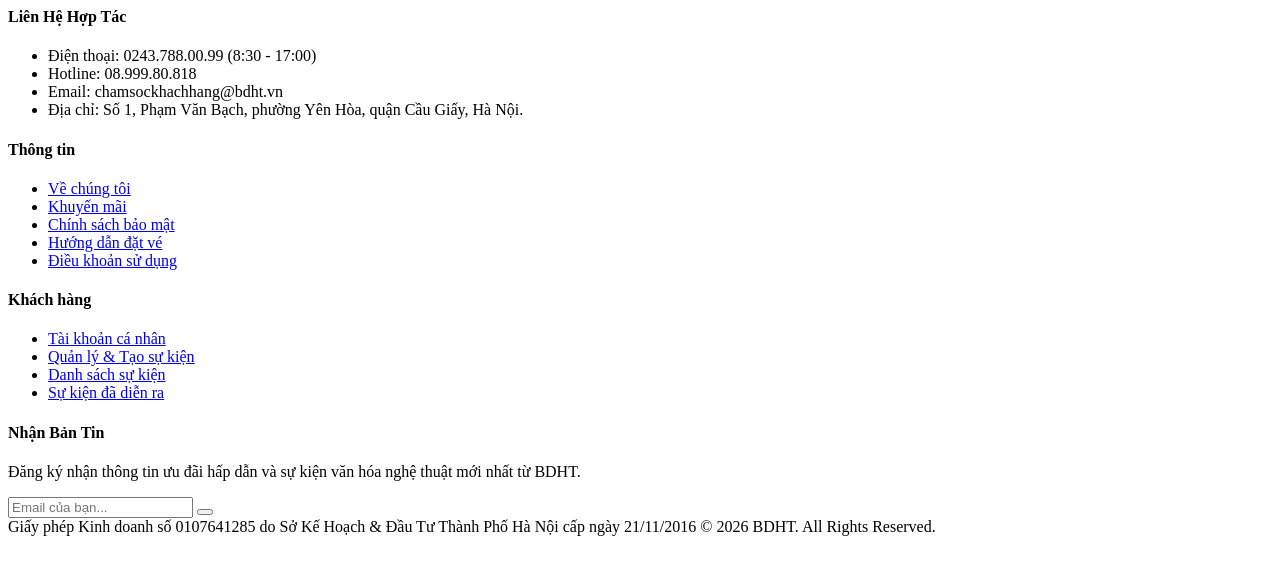
Repository: Vu-Tien-Duc/K23CNT3_VuTienDuc_Project4_EventTicket
Page: EventTicket_BDHT_Project/frontend-web/components/footer.html
These files come from the project's save history. The page is drawn as it stood at one moment and after the next save; the edit follows.
The browser window is 1280 px wide. The pictures show the whole page.

Above is the page before, as saved 2026-05-20 20:18:05.

After the next save:
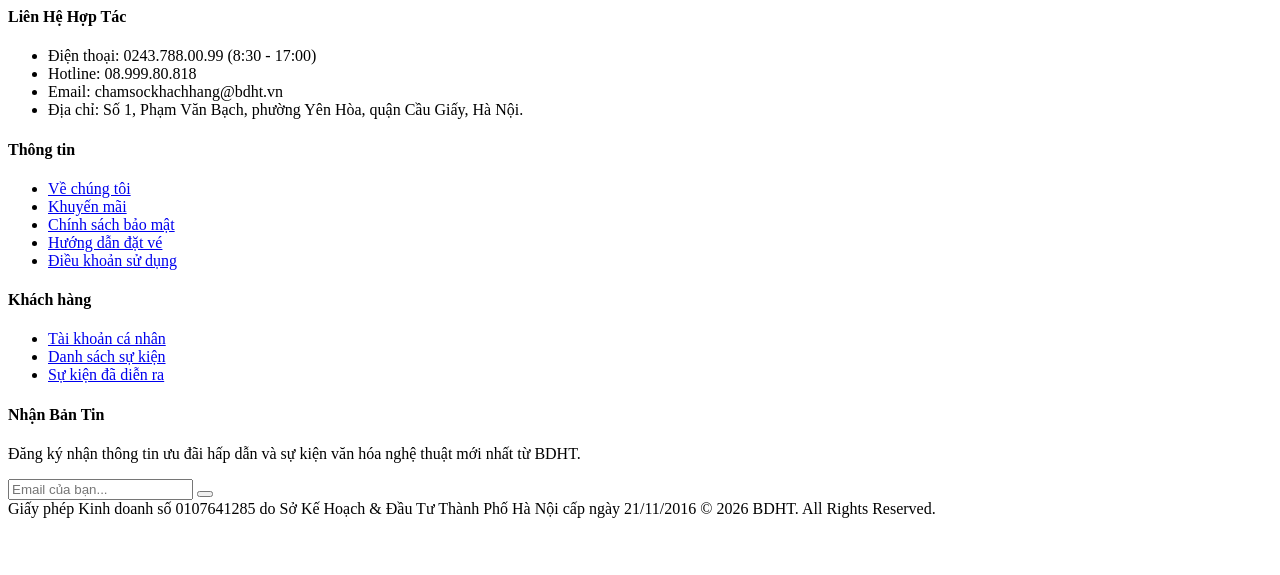
Saved 75 s later.
--- a/EventTicket_BDHT_Project/frontend-web/components/footer.html
+++ b/EventTicket_BDHT_Project/frontend-web/components/footer.html
@@ -79,12 +79,7 @@
                             <span data-i18n="footer.cust_profile">Tài khoản cá nhân</span>
                         </a>
                     </li>
-                    <li>
-                        <a href="pages/user/dashboard.html" class="hover:text-brand-orange transition-all duration-250 flex items-center gap-1.5 group">
-                            <i class="fas fa-chevron-right text-[8px] text-slate-600 group-hover:text-brand-orange transition-colors"></i>
-                            <span data-i18n="footer.cust_manage">Quản lý & Tạo sự kiện</span>
-                        </a>
-                    </li>
+
                     <li>
                         <a href="pages/index.html" class="hover:text-brand-orange transition-all duration-250 flex items-center gap-1.5 group">
                             <i class="fas fa-chevron-right text-[8px] text-slate-600 group-hover:text-brand-orange transition-colors"></i>
